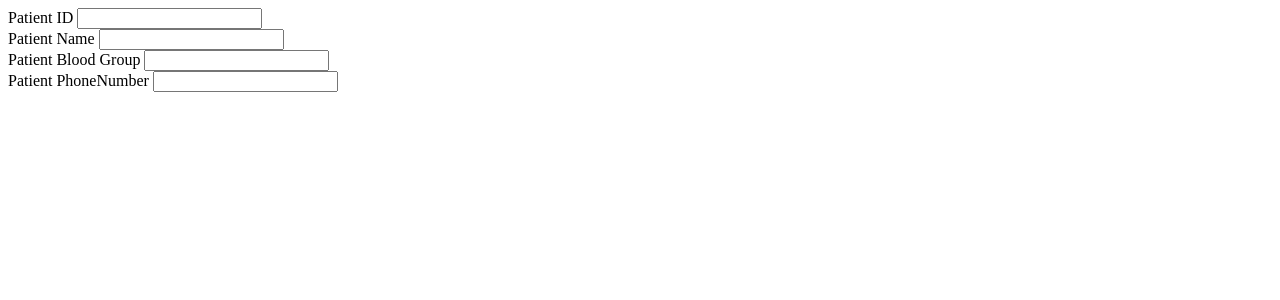
Repository: kishangk10/AllJava
Page: eclipse-workspace/project.patient/src/main/webapp/insert.html
An editor plug-in stored every save of this project. The page is shown before and after the next save, followed by the edit.
The browser window is 1280 px wide. The pictures show the whole page.

Above is the page before, as saved 2023-02-16 06:32:28.

After the next save:
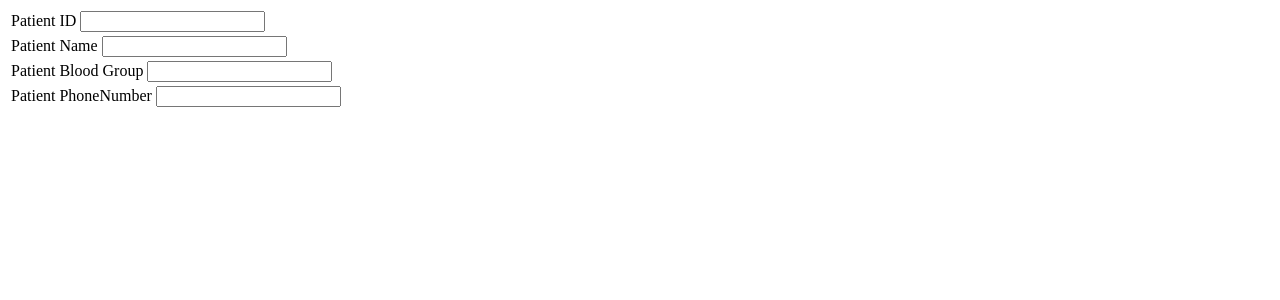
Saved 62 s later.
--- a/eclipse-workspace/project.patient/src/main/webapp/insert.html
+++ b/eclipse-workspace/project.patient/src/main/webapp/insert.html
@@ -9,16 +9,24 @@
 <form action="">
 <table>
 <tr>
+<td>
 Patient ID <input type="text" name="pid"><br>
+</td>
 </tr>
 <tr>
+<td>
 Patient Name <input type="text" name="pname"><br>
+</td>
 </tr>
 <tr>
+<td>
 Patient Blood Group <input type="text" name="pbg"><br>
+</td>
 </tr>
 <tr>
+<td>
 Patient PhoneNumber <input type="text" name="pnumber"><br>
+</td>
 </tr>
 </table>
 </form>
